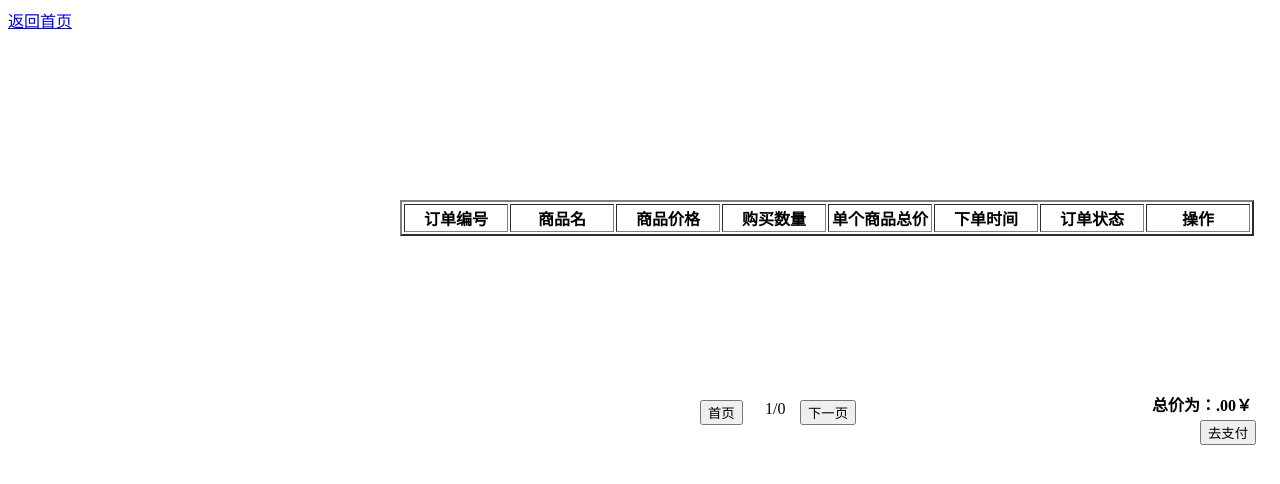
Repository: Gale-student/Gale-student.github.io
Page: http://localhost/weshop/OrdersDetailUnpaidQueryServlet
An editor plug-in stored every save of this project. The page is shown before and after the next save, followed by the edit.
The browser window is 1280 px wide. The pictures show the whole page.
The page is served by Tomcat 9. Queries for data that is not in the repository find no rows.

Above is the page before, as saved 2022-10-05 13:20:24.

After the next save:
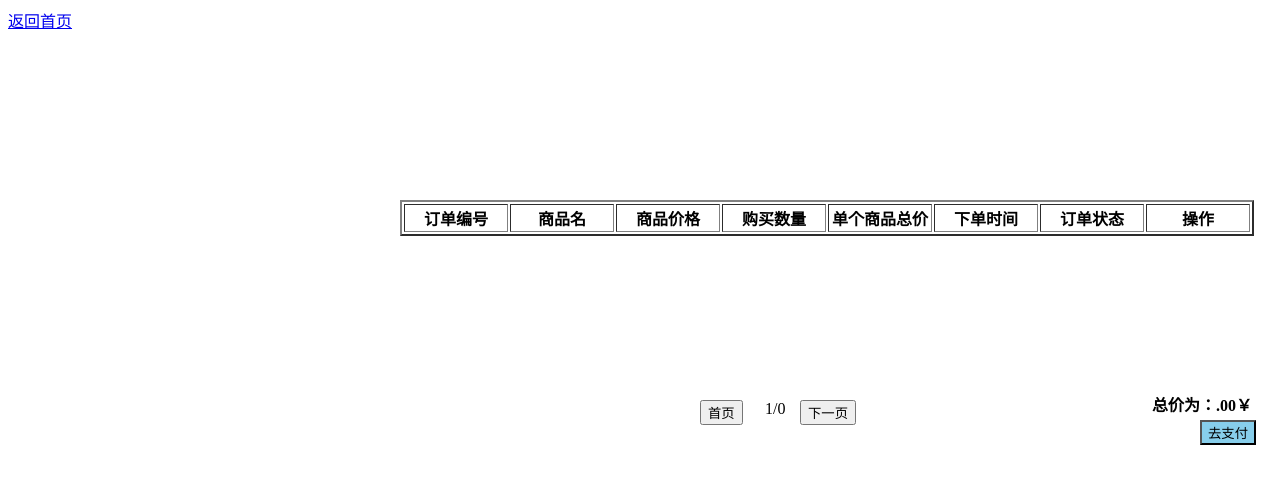
Saved 57 s later.
--- a/WeShop/weshop/WebRoot/WEB-INF/jsp/OrdersUnpaidQueryOfUser.jsp
+++ b/WeShop/weshop/WebRoot/WEB-INF/jsp/OrdersUnpaidQueryOfUser.jsp
@@ -92,7 +92,7 @@ String basePath = request.getScheme()+"://"+request.getServerName()+":"+request.
     </div>
     <label style="position: absolute; left: 1150px; top: 390px;border: 2px solid white; font-weight: bolder;">总价为：<%=totalPrice %>.00￥</label>
     <form action="" method="post">
-        <input style="position: absolute; left: 1200px; top: 420px;" type="submit" value="去支付">
+        <input style="position: absolute; left: 1200px; top: 420px;background: skyblue; " type="submit" value="去支付">
     </form>
   </body>
 </html>
